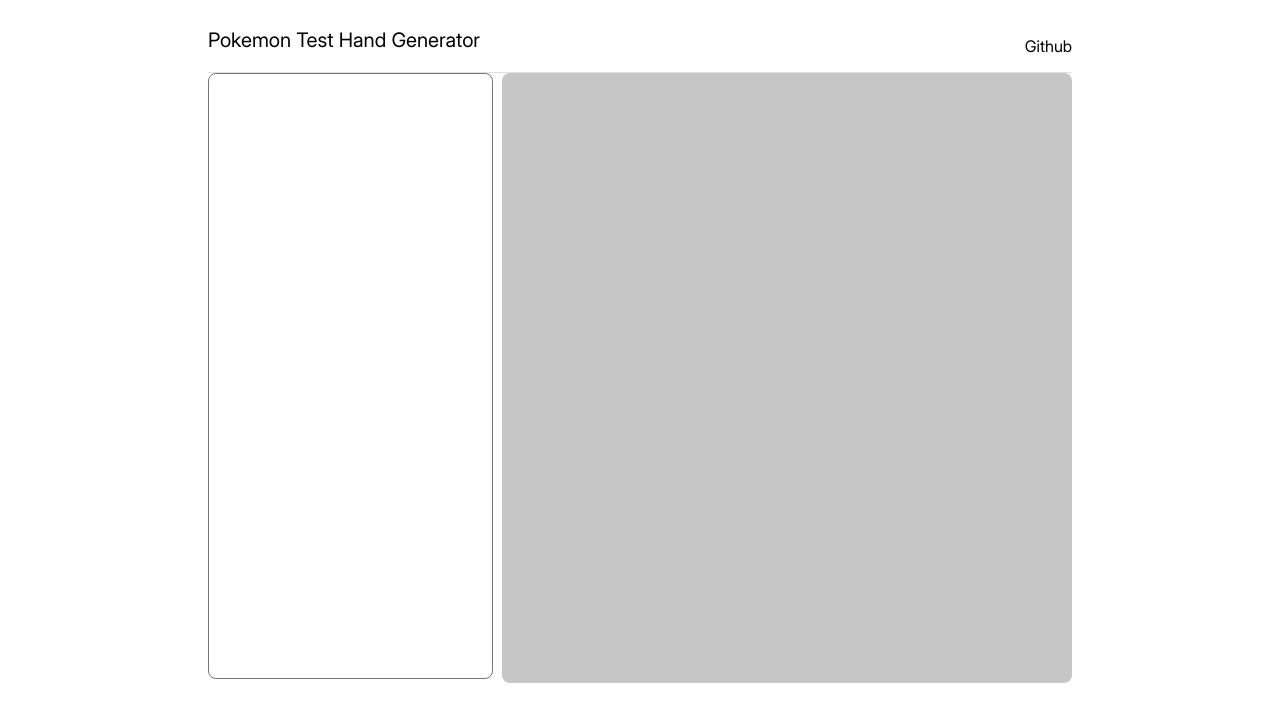
Repository: danielj1415/test-hand-simulator
Page: /
These files come from the project's save history. The page is drawn as it stood at one moment and after the next save; the edit follows.
The browser window is 1280 px wide. The pictures show the whole page.
The project was rebuilt for these pictures with package versions that can differ from the ones it lists, and the page was loaded fresh each time. Also part of the build but not shown: vite.config.ts, src/index.css.

Above is the page before, as saved 2024-10-30 18:09:18.

### src/App.tsx
import { useState } from 'react'
import './App.css'
import { Outlet, Link } from "react-router-dom";

function App() {

  const [deckList, setDeckList] = useState({
    deck: ''
  })

  // Handle input changes
  const handleChange = (e: { target: { name: any; value: any; }; }) => {
    const { name, value } = e.target;
    setDeckList((prevData) => ({
      ...prevData,
      [name]: value
    }));
  };

  // Handle form submission
  const handleSubmit = (e: { preventDefault: () => void; }) => {
    e.preventDefault(); // Prevents the default form submission behavior
    // Process the form data here (e.g., send to an API)
  };

  return (
    <div>
      <div className = "mainContainer">
        <div className = "navigationBar">
          <p className = "headerTextBold">Pokemon Test Hand Generator</p>
          <p className = "headerText">Github</p>
        </div>
        <div className = "divider"/>
        <div className = "mainBody">
          <div className = "inputDeck">
            <form onSubmit = {handleSubmit}>
              <div>
                <label htmlFor="deck"></label>
                <textarea className = "deckInputDiv" id="deck" name="deck" value={deckList.deck} onChange={handleChange}/>
              </div>
            </form>
          </div>
          <div className = "testHands"></div>
        </div>
      </div>
    </div>
  )
}

export default App

### src/App.css

@import "./fonts.css";

.mainContainer{
  margin-left: 200px;
  margin-right: 200px;
}

.navigationBar{
  display: flex;
  align-items:flex-end;
  justify-content: space-between;
  margin-top: 8px;
}

.headerText{
  font-size: 16px;
  font-family: "Inter";
}

.headerTextBold{
  font-size: 20px;
  font-family: "Inter";
}

.divider{
  width: 100%;
  height: 1px;
  background-color: rgb(224, 224, 224);
}

.mainBody{
  display: flex;
  justify-content: space-between;
}

.inputDeck{
  width: 33%;
  border-radius: 8px;
}

.testHands{
  width: 66%;
  background-color: rgb(198, 198, 198);
  border-radius: 8px;
}


.deckInputDiv{
  width: 98%;
  height: 600px;
  resize: none;
  border-radius: 8px;
  font-family: "Inter";
}

### src/fonts.css
@font-face {
    font-family: "Inter";
    src: url("/src/assets/fonts/Inter_28pt-Regular.ttf");
  }

Loaded but not shown: index.html (common file); src/main.tsx (common file)

After the next save:
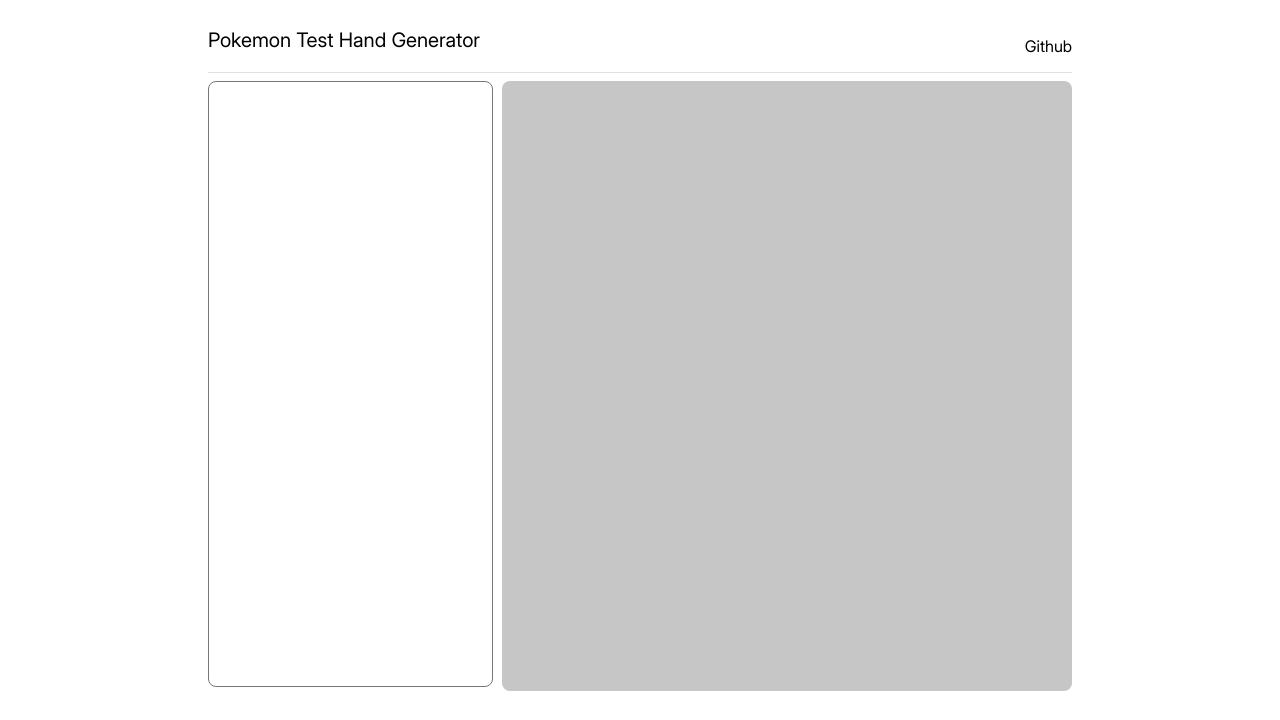
Saved 14 s later.
--- a/src/App.css
+++ b/src/App.css
@@ -32,6 +32,7 @@
 .mainBody{
   display: flex;
   justify-content: space-between;
+  margin-top: 8px;
 }
 
 .inputDeck{
